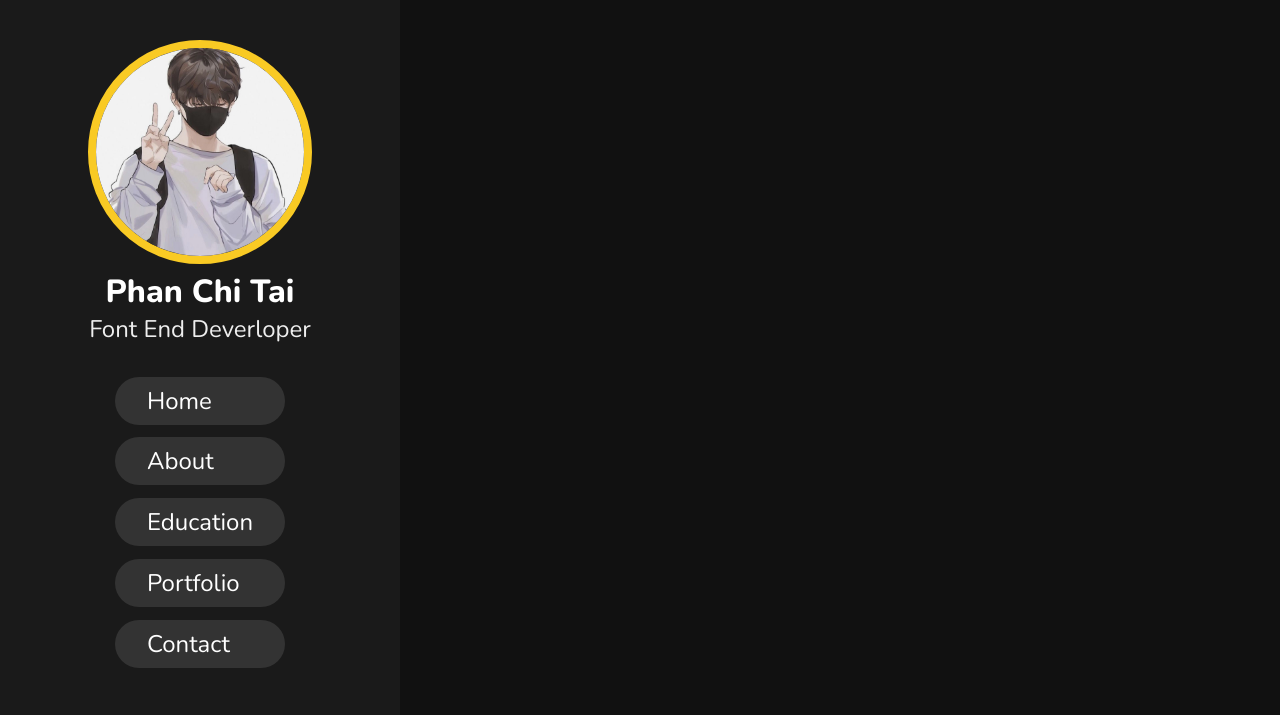
Repository: PCTai/My-profile
Page: index.html
The author's editor kept a copy of each file at every save. The page is drawn from the files as they stood at one save, then again after the next save.
The browser window is 1280 px wide. The pictures show the whole page.

Above is the page before, as saved 2021-11-25 18:14:11.

### index.html
<!DOCTYPE html>
<html lang="en">
<head>
    <meta charset="UTF-8">
    <meta http-equiv="X-UA-Compatible" content="IE=edge">
    <meta name="viewport" content="width=device-width, initial-scale=1.0">
    <link rel="preconnect" href="https://fonts.googleapis.com">
    <link rel="preconnect" href="https://fonts.gstatic.com" crossorigin>
    <link href="https://fonts.googleapis.com/css2?family=Nunito:ital,wght@0,400;0,600;0,800;1,200;1,300&display=swap" rel="stylesheet">
    <link rel="stylesheet" href="/assets/css/style.css">
    <title>Document</title>
</head>
<body>
    <!-- Header start -->
    <header>
        <div class="user">
            <img src="/assets/imgs/user.jpg" alt="">
            <h3 class="name">Phan Chi Tai</h3>
            <div class="post">Font End Deverloper</div>
        </div>
        <div class="navbar">
            <ul>
                <li><a href="#home">home</a></li>
                <li><a href="#about">About</a></li>
                <li><a href="#education">Education</a></li>
                <li><a href="#portfolio">Portfolio</a></li>
                <li><a href="#contact">Contact</a></li>
            </ul>
        </div>
    </header>
    <!-- Header end -->


</body>
</html>

### assets/css/style.css
:root{
    --yellow: #f9ca24;
}
*{
    font-family: 'Nunito', sans-serif;
    margin: 0;padding: 0;
    box-sizing: border-box;
    text-decoration: none;
    outline: none;border: none;
    text-transform: capitalize;
    transition: all .2s linear;
}
html{
    font-size: 62,5%;
    overflow: hidden;
}
::selection{
    background-color: var(--yellow);
    color: #333;

}
html::-webkit-scrollbar{
    width: 1.4rem;
}
html::-webkit-scrollbar-track{
    background: #222;
}
html::-webkit-scrollbar-thumb{
    background: var(--yellow);
}
body{
    background: #111;
}
header{
    position: fixed;
    top: 0;
    left: 0;
    z-index: 1000;
    height: 100%;
    display: flex;
    flex-direction: column;
    justify-content: center;
    align-items: center;
    width: 25rem;
    background-color: #1a1a1a;
}
.user img{
    margin-top: 1rem;
    height: 14rem;
    width: 14rem;
    border-radius: 50%;
    object-fit: cover;
    border: 0.5rem solid var(--yellow);

}
header .user .name{
    text-align: center;
    font-size: 2rem;
    color: #fff;
}
header .user .post{
    text-align: center;
    font-size: 1.5rem;
    color: #eee;
}
header .navbar ul{
    margin-top: 1rem;
    list-style: none;
    padding: 1rem 3rem;
}
header .navbar ul li a{
    display: block;
    padding: 0.5rem 2rem;
   margin-bottom: 0.8rem;
   background-color: #333;
   color: #fff;
   font-size: 1.5rem;
   border-radius: 5rem;
}

After the next save:
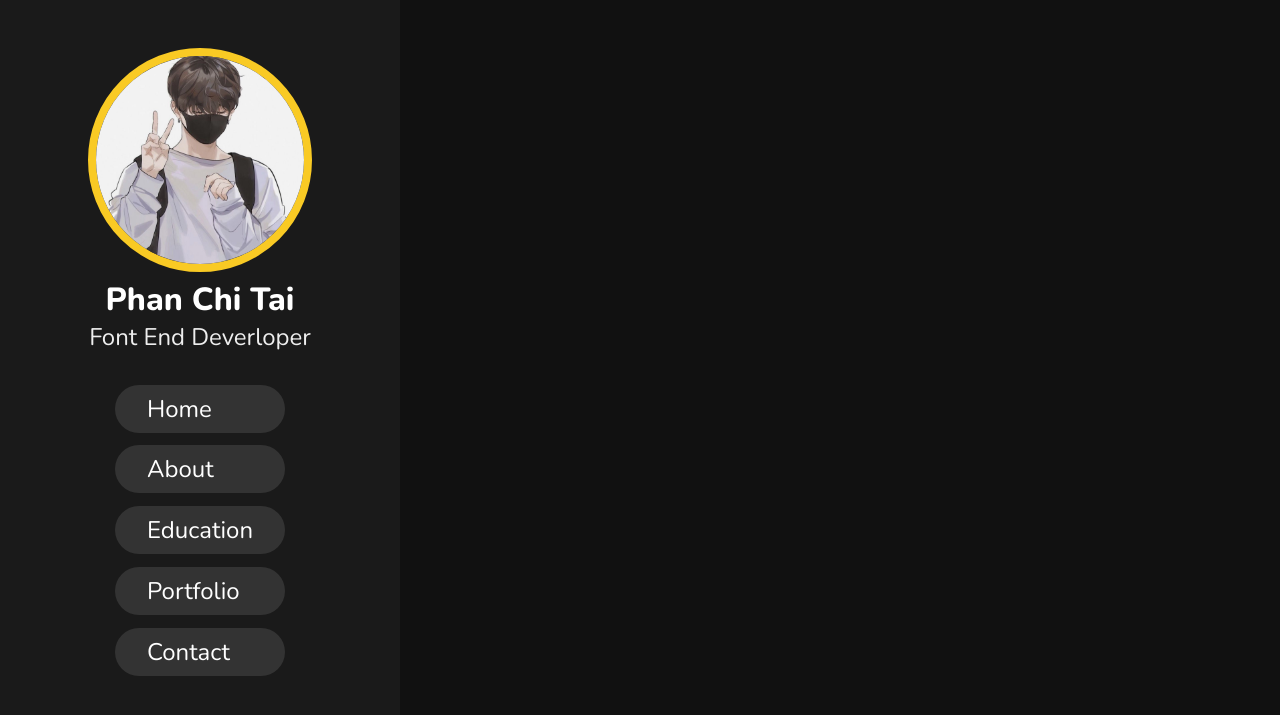
Saved 5 s later.
--- a/assets/css/style.css
+++ b/assets/css/style.css
@@ -45,7 +45,7 @@ header{
     background-color: #1a1a1a;
 }
 .user img{
-    margin-top: 1rem;
+    margin-top: 2rem;
     height: 14rem;
     width: 14rem;
     border-radius: 50%;
